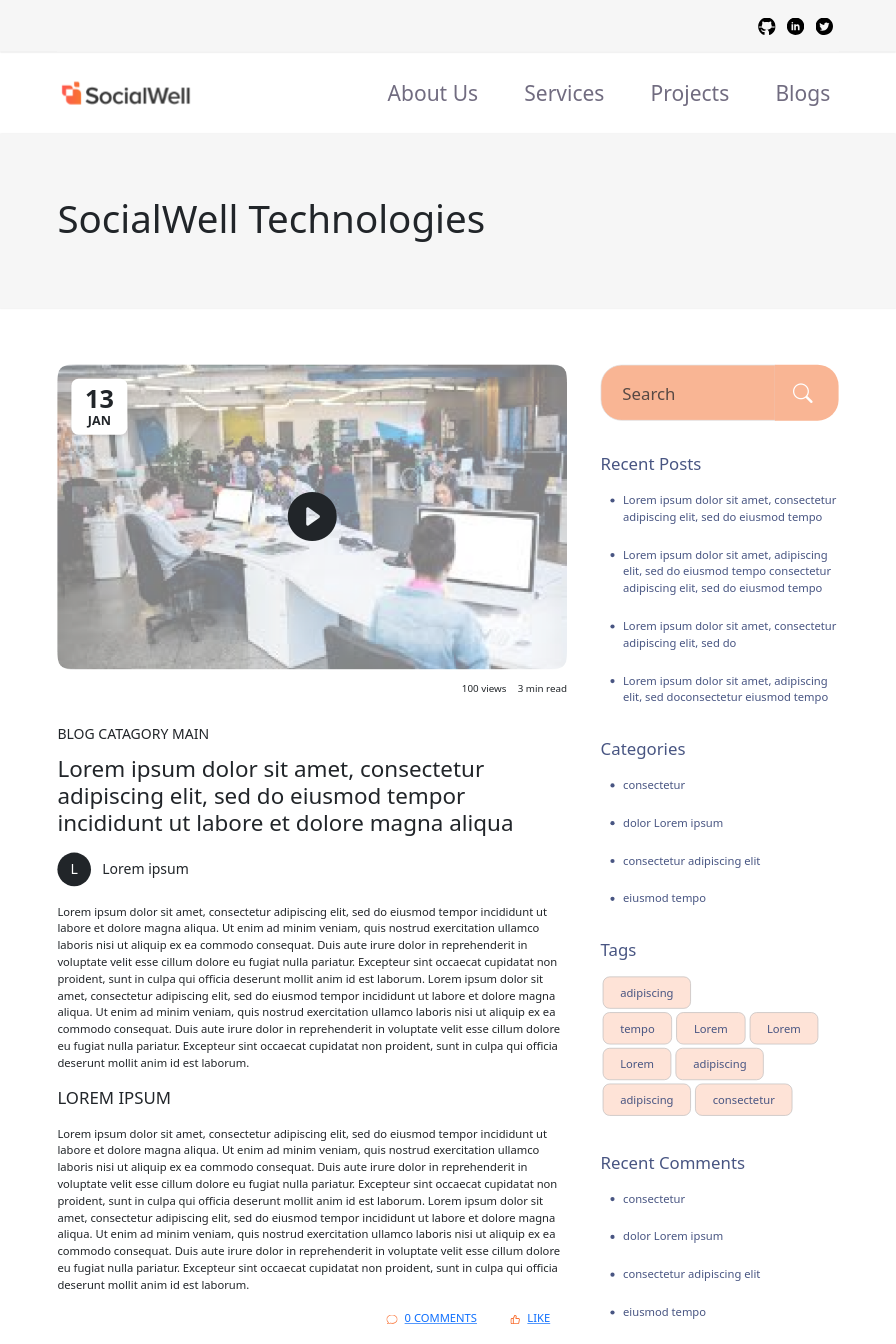
Repository: premuix/react-social
Page: /
An editor plug-in stored every save of this project. The page is shown before and after a run of saves, followed by the edit.
The browser window is 1280 px wide. The pictures show the part of the page from y = 0 to 1920 px (the page is 2774 px tall before and 2798 px after), at 70% of full size.
Some web libraries are served in a nearby version. The project was rebuilt for these pictures with package versions that can differ from the ones it lists, and the page was loaded fresh each time. Also part of the build but not shown: src/pages/About.jsx, src/pages/Services.jsx, src/pages/Projects.jsx, src/pages/Blog.jsx.

Above is the page before, as saved 2022-09-11 08:58:46.

After the next 2 saves:
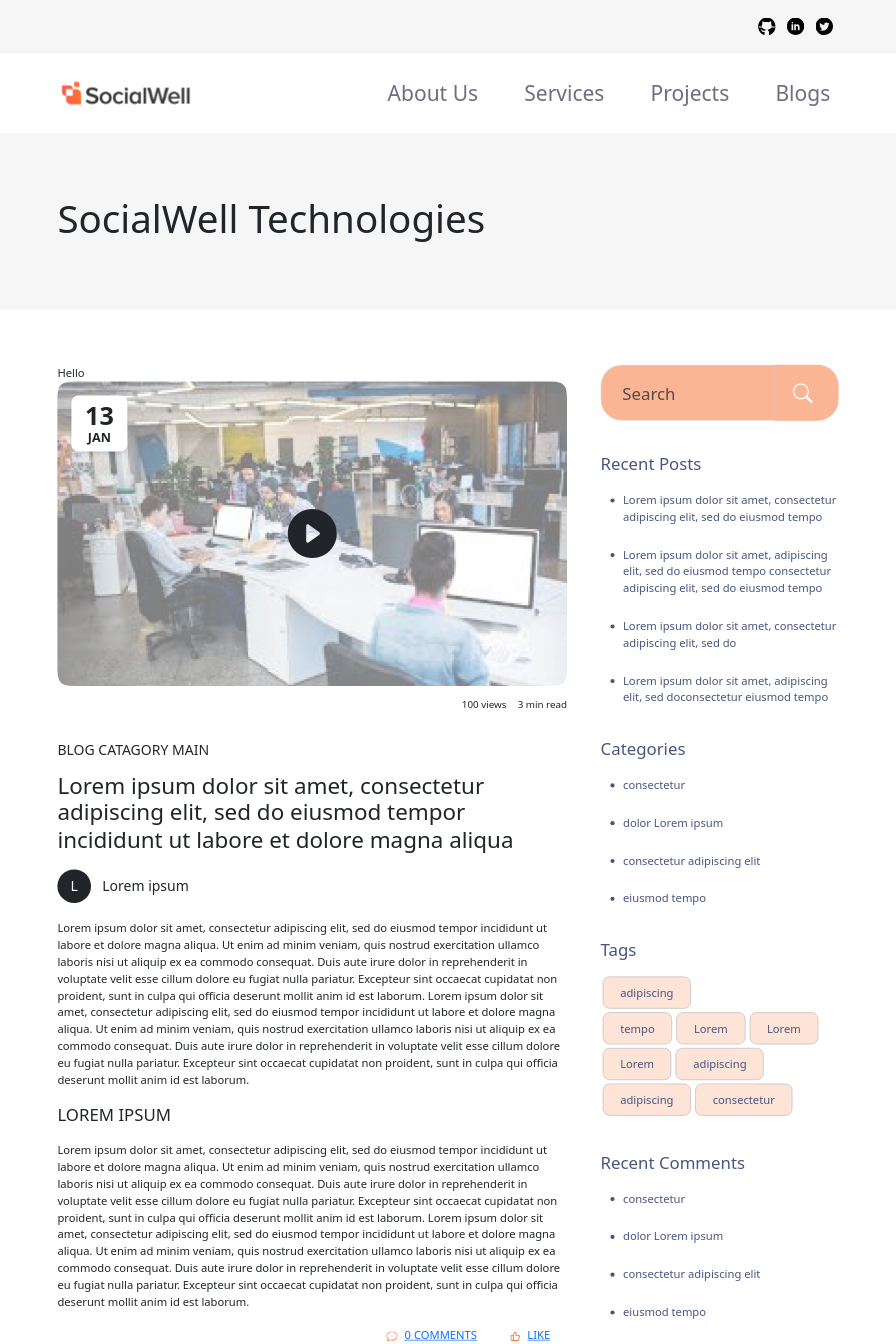
The 2 saves are shown as one change because they came seconds apart.
The last was saved 6 s later.
--- a/src/pages/Home.jsx
+++ b/src/pages/Home.jsx
@@ -21,7 +21,7 @@
             <div className="container">
               <div className="row gx-5">
                 <div className="col-lg-8">
-                <div></div>
+                <div>Hello</div>
                   <div className="video-box position-relative text-center">
                     <div className="position-absolute top-0 start-0">
                       <div className="date-cal">

After the save that followed:
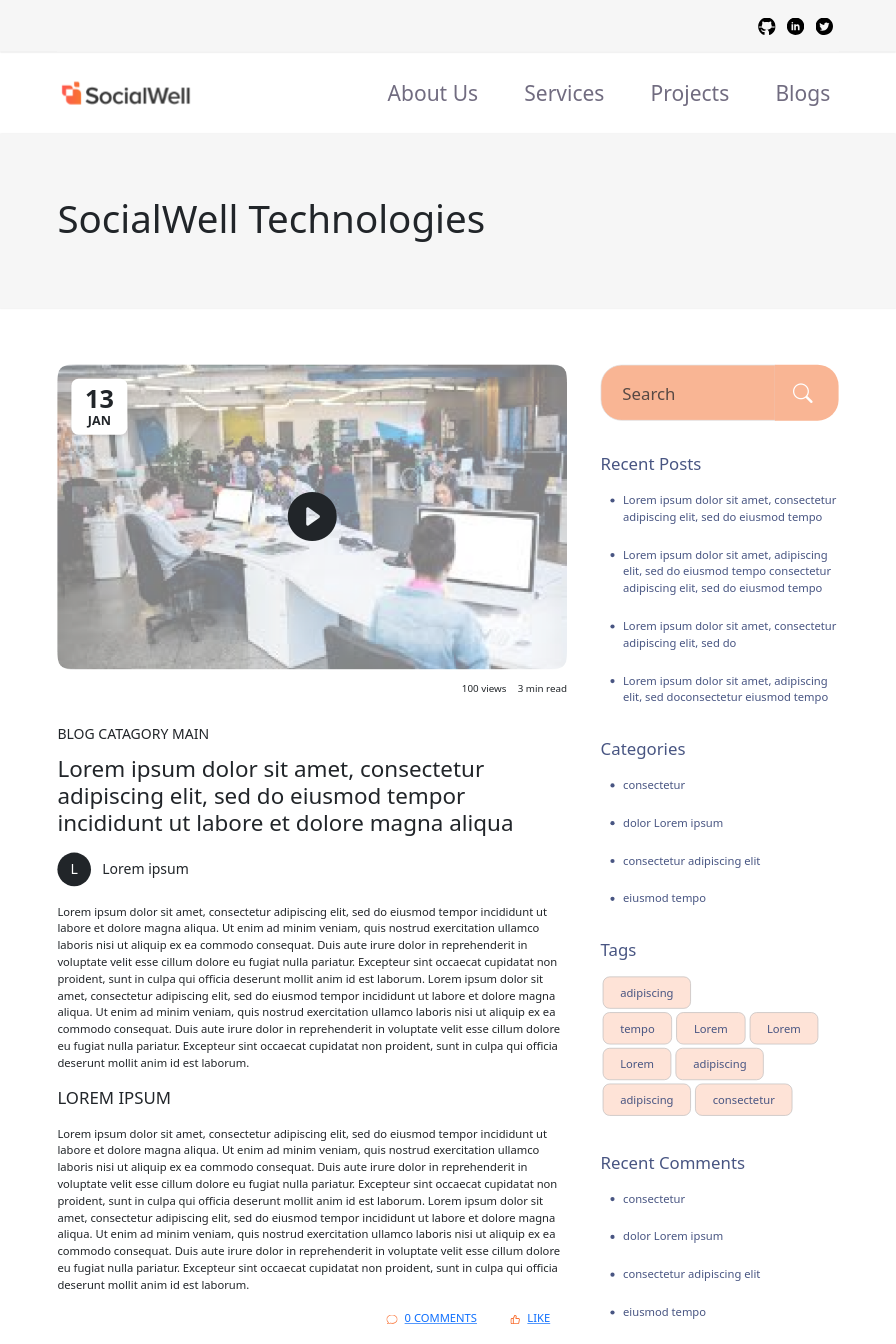
Saved 3 min 21 s later.
--- a/src/pages/Home.jsx
+++ b/src/pages/Home.jsx
@@ -21,7 +21,6 @@
             <div className="container">
               <div className="row gx-5">
                 <div className="col-lg-8">
-                <div>Hello</div>
                   <div className="video-box position-relative text-center">
                     <div className="position-absolute top-0 start-0">
                       <div className="date-cal">
